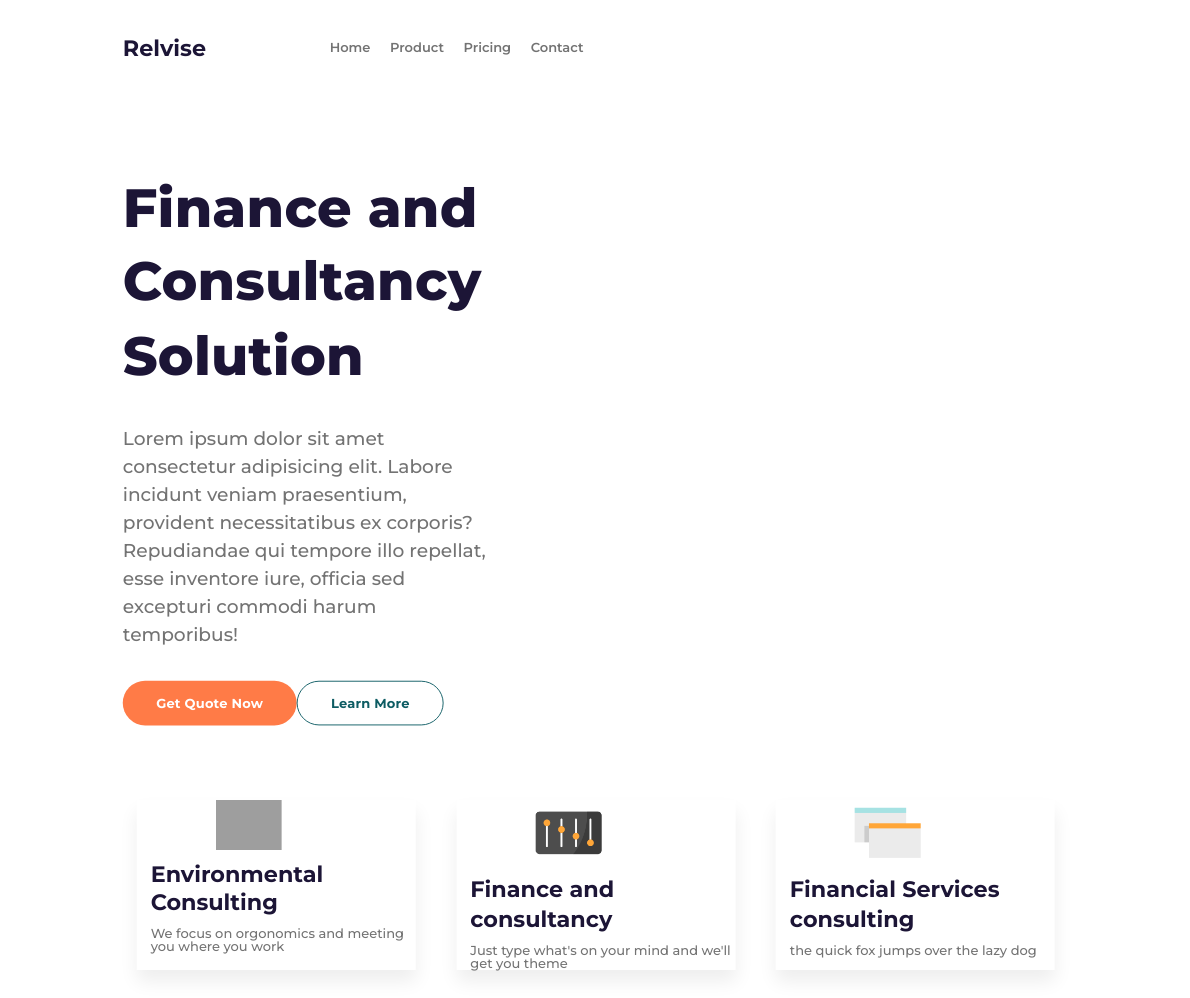
Repository: usalokiN/simple-project
Page: index.html
These files come from the project's save history. The page is drawn as it stood at one moment and after the next save; the edit follows.
The browser window is 1280 px wide. The pictures show the whole page, at 93% of full size.
Pictures or frames that could not be fetched are drawn as grey boxes.

Above is the page before, as saved 2022-01-17 13:10:06.

After the next save:
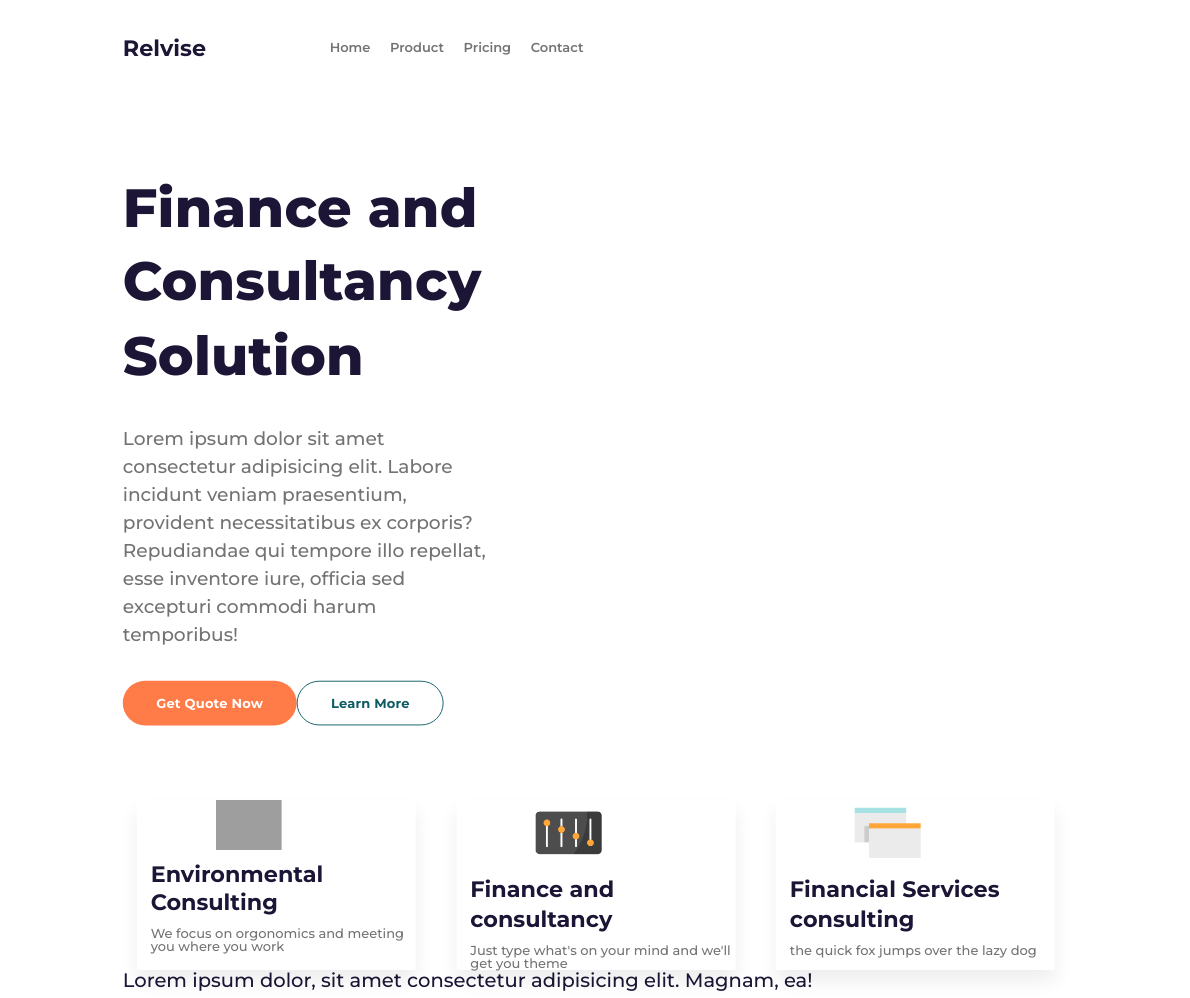
Saved 2 min 8 s later.
--- a/index.html
+++ b/index.html
@@ -88,7 +88,15 @@
                 </div>
             </div>
         </section>
-        <section class="page__advantages">
+        <section class="page__advantages advantages">
+            <div class="advantages__container _container">
+                <div class="advantages__header header-block">
+                    <h2 class="header-block__title">
+                        <div class="header-block__sub-title">Lorem ipsum dolor, sit amet consectetur adipisicing elit. Magnam, ea!</div>
+                    </h2>
+                </div>
+            </div>
+
 
         </section>
     </main>
